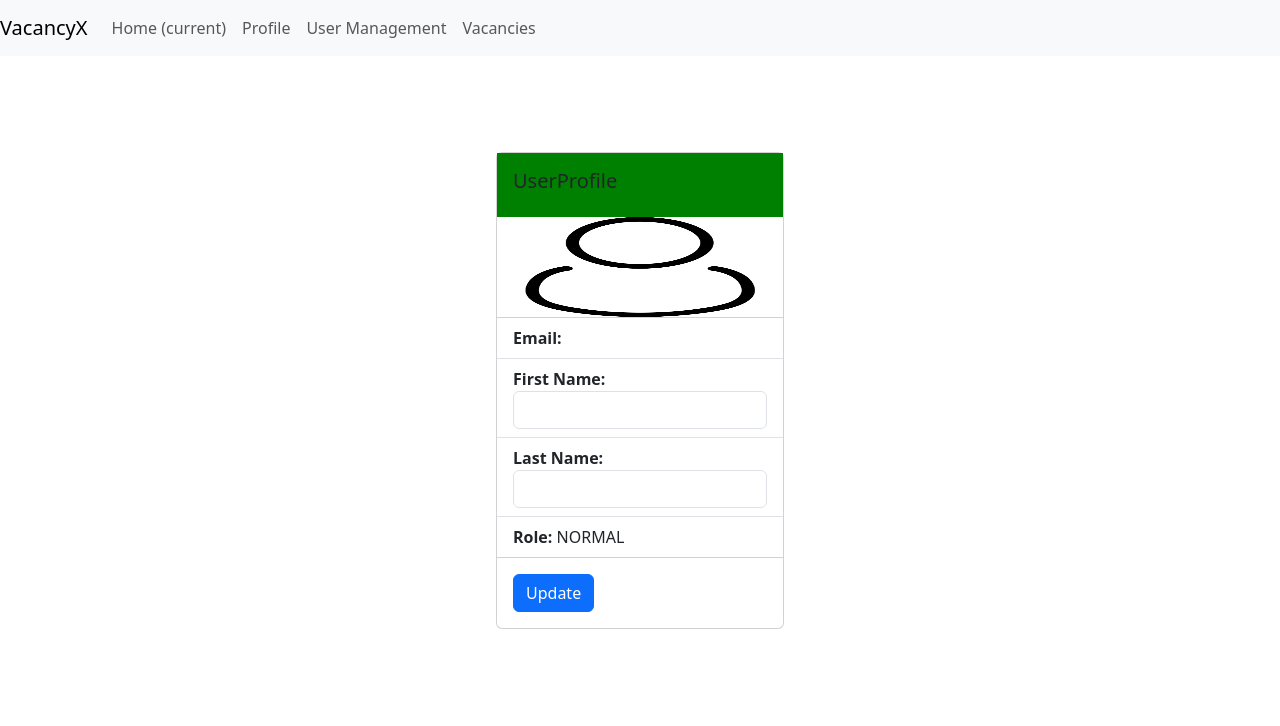
Repository: zipArk99/Vacancy-portal-serv
Page: http://localhost/VacancyPortal/updateuserdetail_page.jsp
An editor plug-in stored every save of this project. The page is shown before and after the next save, followed by the edit.
The browser window is 1280 px wide. The pictures show the whole page.
The page is served by Tomcat 9. The template is opened directly, without the code that normally fills it, so the values that code supplies are empty.

Above is the page before, as saved 2024-08-21 05:21:26.

After the next save:
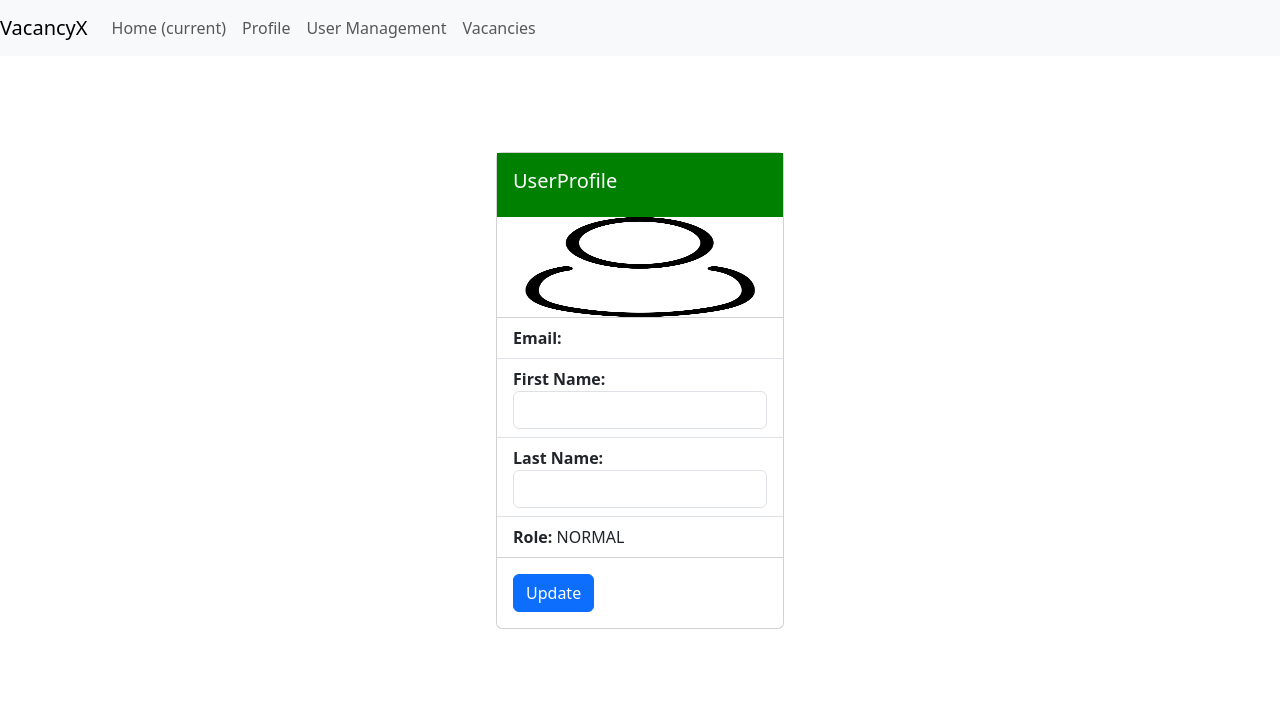
Saved 12 s later.
--- a/VacancyPortal/src/main/webapp/updateuserdetail_page.jsp
+++ b/VacancyPortal/src/main/webapp/updateuserdetail_page.jsp
@@ -27,7 +27,7 @@ body, html {
 	<div class="container">
 		<div class="card" style="width: 18rem;">
 		<div class="card-body" style="background-color:green;">
-				<h5 class="card-title">UserProfile</h5>
+				<h5 class="card-title" style="color:white;">UserProfile</h5>
 			</div>
 			<img src="user.png" class="card-img-top" alt="..." height="100px" width="20px" draggable="true">
 
